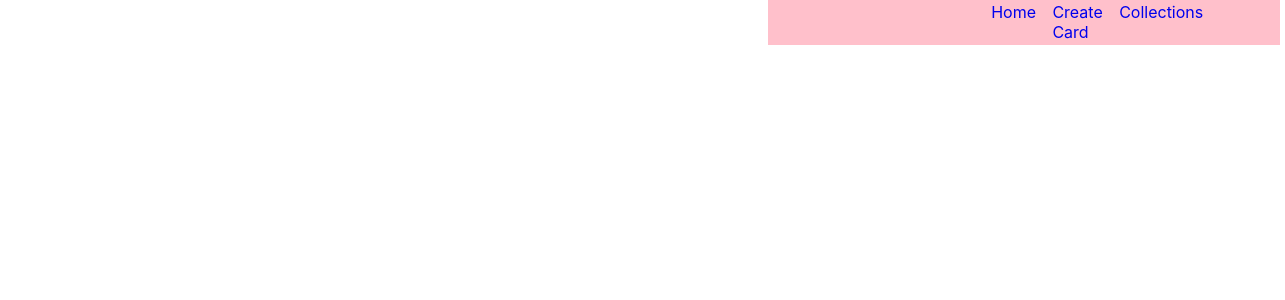
Repository: MikeTroianello/phos-react
Page: /
These files come from the project's save history. The page is drawn as it stood at one moment and after the next save; the edit follows.
The browser window is 1280 px wide. The page is 1280 px wide, then 1285 px, so the pictures cover 1285 px, including what lies to the right of the window. The pictures show the whole page.
The project was rebuilt for these pictures with package versions that can differ from the ones it lists, and the page was loaded fresh each time. A package was used in the major version that the imports need, not the one package.json lists. Also part of the build but not shown: src/App.css, src/components/card/Card.js.

Above is the page before, as saved 2020-06-02 16:34:05.

### src/App.js
import React from 'react';
import logo from './logo.svg';
import './App.css';
import Card from './components/card/Card';
import Main from './components/main/Main.js';

function App() {
  return <Main />;
}

export default App;

### src/components/main/Main.js
import React from 'react';
import Navbar from '../navbar/Navbar';
import { Route, Switch } from 'react-router-dom';
import Card from '../card/Card';

const Main = () => {
  return (
    <div>
      <Navbar />
      <Switch>
        <Route exact path='/card' render={(props) => <Card {...props} />} />
      </Switch>
    </div>
  );
};

export default Main;

### src/components/card/card.css
.homepage-top {
  display: flex;
  justify-content: space-evenly;
  flex-wrap: wrap;
  height: 82vh;
}

@media (min-width: 427px) and (max-width: 976px) {
  .homepage-top {
    height: 150vh;
    background-position: 0% 22%;
  }
}

/* @media (max-width: 427px) {
  .homepage-top {
    height: 1200px;
    background-position: 0% 22%;
  }
} */

.homepage-greet {
  margin-top: 6vh;
}

.homepage-greet h1 {
  font-size: 6em;
}

.homepage-greet p {
  font-size: 2em;
}

.homepage-separation {
  height: 1vh;
  width: auto;
  background-color: rgba(148, 151, 168, 0.9);
  margin-top: -1vh;
}

.homepage-sad {
  margin: 5vw;
  /* margin-left: 5vw; */
}

.homepage-sad h2 {
  font-size: 5em;
  text-align: center;
}

.homepage-sad h4 {
  font-size: 2.5em;
  text-align: center;
  margin: 10vw;
}

.homepage-sad p {
  font-size: 1.75em;
  text-align: center;
}

.homepage-sunlog {
  display: flex;
  justify-content: space-between;
  flex-wrap: wrap;
}

.sunlog-description {
  margin-left: 5vw;
  text-align: center;
  max-width: 700px;
}

.sunlog-description h2 {
  font-size: 3em;
}

.sunlog-description p {
  font-size: 1.3em;
  margin: 7vh 0;
}

.sunlog-example {
  display: flex;
  flex-direction: column;
  /* max-width: 98%; */
  padding: 1%;
}

.sunlog-example h4 {
  text-align: center;
  margin: 0 0 2vh 0;
}

.sunlog-create {
  margin: 10vh 0;
}

.footer {
  /* position: absolute; */
  /* bottom: 0;
  width: 100%; */
  border-top: 1px solid black;
  display: flex;
  justify-content: space-evenly;
  background-color: rgb(119, 159, 219);
  overflow: auto;
}

.footer-button {
  margin: 3vh 0;
  height: 50%;
  width: 122px;
  font-size: 1em;
  background-color: rgb(224, 242, 243);
}

.footer-button:hover {
  transition: 0.25s;
  background-color: rgb(183, 207, 218);
}

/* .footer-contact {
  text-align: center;
} */

/* FOR THE FOOTER LOGO */

.footer-logo {
  display: flex;
  align-items: center;
  /* color: white; */
  padding: 1px 6px 0;
  font-weight: bold;
  border-style: solid;
  /* border-color: White; */
  width: 40px;
  /* border-width: 2px; */
  margin: 30px 0;
}

.mt-logo {
  margin: 3px 0;
  text-align: center;
}

/* EVERYTHING BELOW HERE IS FOR THE CARD FLIP ANIMATION AND POSSIBLY A VIDEO PLAYER */

.signup-login-container {
  margin: 5vh 0 0 0;
  display: flex;
  flex-direction: column;
  max-width: 425px;
  align-items: center;

  /* color: green; */
}

.create-button {
  width: 90%;
  height: 50px;
  border-radius: 1ch;
  font-size: 1.8em;
  margin: 15vh 0 0 0;
  /* background-color: rgba(93, 87, 87, 0.7); */
  background-color: rgba(180, 194, 60, 0.75);
}

@media (min-height: 760px) {
  .create-button {
    margin: 18vh 0 0 0;
  }
}

@media (min-width: 450px) and(max-width: 580px) {
  .homepage-greet h1 {
    font-size: 5em;
  }
  .homepage-greet p {
    text-align: center;
  }
}

@media (max-width: 450px) {
  .homepage-greet h1 {
    font-size: 4em;
  }

  .homepage-greet p {
    text-align: center;
  }
}

.create-button:hover {
  transition: 0.3s;
  background-color: rgba(93, 87, 87, 0.8);
}

.container {
  width: 420px;
  height: 345px;
  position: relative;
  -webkit-perspective: 1000px;
  -moz-perspective: 1000px;
  -o-perspective: 1000px;
  perspective: 1000px;
}
.card {
  width: 100%;
  height: 100%;
  position: absolute;

  -webkit-transition: -webkit-transform 1s;
  -moz-transition: -moz-transform 1s;
  -o-transition: -o-transform 1s;
  transition: transform 1s;
  -webkit-transform-style: preserve-3d;
  -moz-transform-style: preserve-3d;
  -o-transform-style: preserve-3d;
  transform-style: preserve-3d;
  -webkit-transform-origin: 50% 50%;
}

.card-div {
  display: block;
  height: 100%;
  width: 100%;
  /*     line-height: 260px; */
  /*     color: white; */
  text-align: center;
  font-weight: bold;
  /*     font-size: 140px; */
  position: absolute;
  -webkit-backface-visibility: hidden;
  -moz-backface-visibility: hidden;
  -o-backface-visibility: hidden;
  backface-visibility: hidden;
}
.card .front {
  /* background: red; */
  /* background-color: rgba(255, 255, 255, 0.2); */
}
.card .back {
  /* background: blue; */
  /* background-color: rgba(255, 255, 255, 0.2); */
  -webkit-transform: rotateY(180deg);
  -moz-transform: rotateY(180deg);
  -o-transform: rotateY(180deg);
  transform: rotateY(180deg);
}
.card.flipped {
  -webkit-transform: rotateY(180deg);
  -moz-transform: rotateY(180deg);
  -o-transform: rotateY(180deg);
  transform: rotateY(180deg);
}

/* FOR THE VIDEO */

#myVideo {
  position: fixed;
  right: 0;
  bottom: 0;
  min-width: 100%;
  min-height: 100%;
}

/* Add some content at the bottom of the video/page */
.content {
  position: fixed;
  bottom: 0;
  background: rgba(0, 0, 0, 0.5);
  color: #f1f1f1;
  width: 100%;
  padding: 20px;
}

/* Style the button used to pause/play the video */
#myBtn {
  width: 200px;
  font-size: 18px;
  padding: 10px;
  border: none;
  background: #000;
  color: #fff;
  cursor: pointer;
}

#myBtn:hover {
  background: #ddd;
  color: black;
}

@media (max-width: 426px) {
  .container {
    max-width: 315px;
    perspective: 0px;
  }

  .create-button {
    margin: 3vh 0 0 0;
  }

  .signup-login-container {
    margin: 0;
  }

  .homepage-top {
    height: 136vh;
  }

  .create-button {
    width: 100%;
    height: auto;
  }

  .signup {
    height: 340px;
  }
}

@media (max-width: 375px) {
  .homepage-sad {
    margin: 0;
    text-align: center;
  }

  .sunlog-description {
    margin: 0;
  }
}

@media (max-width: 470px) {
  .footer-button {
    display: none;
  }

  .footer-contact {
    font-size: 0.8em;
    text-align: start;
    margin-top: 17px;
  }

  .footer-contact p {
    margin: 7px 0 0;
  }

  .footer-logo {
  }
}

/* NAVBAR */

.navbar {
  display: flex;
  justify-content: space-between;
  align-items: center;
  border-bottom: 1px solid black;
  height: 10vh;
  position: fixed;
  width: 100%;
  top: 0;
  background-color: rgb(142, 194, 234);
  /* background-color: rgb(180, 214, 241) */
  z-index: 1;
  /* overflow: hidden; */
}

.nav-links {
  display: flex;
  justify-content: space-around;
  width: 50%;
}

@media (min-width: 730px) and (max-width: 850px) {
  .nav-links {
    width: 60%;
  }
}
@media (min-width: 427px) and (max-width: 730px) {
  .nav-links {
    width: 80%;
    font-size: 0.75em;
  }

  .logged-in-user {
    font-size: 0.75em;
  }
}

@media (max-width: 426px) {
  .nav-links {
    width: 100%;
    font-size: 0.75em;
  }

  .logged-in-user {
    display: none;
  }
}

.logged-in-user {
  margin: 0 0 0 2vw;
}

.nav-links a {
  color: black;
  text-decoration: none;
  font-size: 1.5em;
}

.nav-links a:hover {
  transition: 0.2s;
  color: rgb(1, 24, 128);
  /* text-decoration: underline; */
}

.chosen {
  color: rgb(30, 4, 95);
  text-decoration: underline;
}

.App {
  text-align: center;
  margin-top: 10vh;
}

.App-header {
  background-color: #282c34;
  min-height: 100vh;
  display: flex;
  flex-direction: column;
  align-items: center;
  justify-content: center;
  font-size: calc(10px + 2vmin);
  color: white;
}

.App-link {
  color: #09d3ac;
}

h1 {
  text-align: center;
}

i {
  text-align: center;
}

a {
  text-decoration: none;
}

.top-push {
  margin-top: 12.25vh;
}

/* CREATE LOGS */

.log-head {
  /* display: flex; */
  border-bottom: 1px solid black;
}

.log-head > span {
  justify-content: space-between;
  margin: -21px 0px 0px;
}

.name-and-gender {
  display: flex;
  justify-content: space-around;
  align-items: center;
  /* border: 1px solid black; */
  /* justify-content: space-evenly; */
}

.name-and-gender > div {
  width: 30%;
}

.name-box {
  min-width: 45%;
  text-align: center;
}

@media (max-width: 375px) {
  .name-box {
    font-size: 0.75em;
  }
}

.weather-box {
  text-align: center;
  margin-top: -3.5%;
  /* max-width: 45%; */
  /* border-bottom: 1px solid black; */
  /* border-left: 1px solid black; */
  /* border-radius: 2%; */
}

.weather-box > p {
  /* max-width: 45%; */

  font-size: 0.75em;
  margin-top: 7px;
  margin-bottom: 2px;
}

.weather-icon {
  margin: -43px 0px -36px;
  /* margin: -41px 15px -36px; */
  /* border: 1px solid black; */
  /* FOR MOBILE margin:-6.7vh 4.98vw */
}

.gradient {
  background: rgb(2, 10, 46);
  background: linear-gradient(
    90deg,
    rgba(2, 10, 46, 1) 0%,
    rgba(12, 35, 135, 1) 30%,
    rgba(87, 139, 53, 1) 59%,
    rgba(255, 195, 66, 1) 100%
  );
}

.red {
  color: red;
  text-align: center;
}
.false {
  color: red;
  text-align: center;
}

.green {
  color: rgb(16, 116, 16);
  text-align: center;
}

.black {
  color: black;
  text-align: center;
}

/* VIEW ALL LOGS PAGE */

.view-header {
  display: flex;
  flex-wrap: wrap;
  justify-content: space-evenly;
  /* border-bottom: 1px dotted black; */
}

.view-header > div > h1 {
  margin: 0px 0 4vh 0;
}

.create-log-link {
  text-align: center;
}

.log-box {
  display: flex;
  flex-wrap: wrap;
  justify-content: space-evenly;
}

.log {
  border: 1px solid black;
  margin: 5vh 1.4vw;
  padding: 0 1vw;
  border-radius: 10px;
  width: 550px;
  box-shadow: 2px 2px #9398a2;
  background-color: #baccf1;
  /* min-width: 420px; */
}

.mock-log {
  border: 1px solid black;
  margin: 5vh 1.4vw;
  padding: 0 1vw;
  border-radius: 10px;
  max-width: 550px;
  box-shadow: 2px 2px #9398a2;
  background-color: #baccf1;
}

.log h2 {
  text-align: center;
}

.weather-audit {
  border: 1px solid black;
  margin: 1vh;
  padding: 0 1vw;
  max-width: 500px;
}

.header {
  display: flex;
  justify-content: space-between;
  border-bottom: 1px dashed black;
  text-align: center;
}

.header > span {
  font-size: 16px;
  width: 25%;
  font-weight: bold;
  text-align: center;
}

.weather-average-header {
  display: flex;
  justify-content: space-between;
  text-align: center;
}

.weather-average-header span {
  width: 22%;
  text-align: center;
}

.filter-box {
  display: flex;
  flex-wrap: wrap;
  justify-content: space-around;
  align-items: center;
  border-top: 1px dotted black;
}

.gender-filter {
  text-align: center;
}

.gender-filter button {
  background-color: rgb(233, 30, 99);
  border-radius: 50%;
  height: 50px;
  width: 100px;
  font-size: 1em;
}

.gender-filter button:hover {
  transition: 0.2s;
  background-color: rgb(240, 97, 130);
}

.view-default-logs {
  background-color: rgba(234, 60, 100, 1);
  height: 50px;
  font-size: 1em;
  font-weight: bold;
  border-radius: 3ch;
  margin-top: 1vh;
}

.view-default-logs:hover {
  transition: 0.2s;
  background-color: rgb(240, 97, 130);
}

.gender {
  margin-left: 2vw;
  /* text-align: end; */
}

.mood-and-productivity {
  display: flex;
  justify-content: space-evenly;
  text-align: center;
}

.mood-and-productivity > h3 {
  width: 40%;
  /* display: flex;
  justify-content: space-between; */
  border: 1px solid black;
}

.mood-and-productivity > h3 > p {
  color: red;
}

/* SIGNUP */
.signup {
  border: 2px solid black;
  overflow: hidden;
  background-color: rgba(250, 250, 250, 0.55);
  border-radius: 17px;
  display: flex;
  flex-direction: column;
  /* justify-content: flex-end; */
  min-height: 300px;
  height: 333px;
  max-width: 400px;
  margin: 2vw 0;
  padding: 2vh 1vw 0;
}

@media (min-height: 760px) {
  .signup {
    height: 365px;
  }
}

/* .signup > form {
  min-height: 280px;
} */

.signup-button {
  display: flex;
  /* align-items: flex-end; */
  justify-content: center;
}

.signup-button > button {
  margin-top: 1vh;
  font-size: 2em;
  height: 50px;
  width: 60%;
  border-radius: 1ch;
  margin-bottom: 2vh;
  background-color: rgba(114, 185, 240, 0.75);
}

.signup-button > button:hover {
  transition: 0.3s;
  background-color: rgba(114, 185, 240, 0.9);
}

.login-button {
  display: flex;
  /* align-items: flex-end; */
  justify-content: center;
}

.login-button > button {
  margin-top: 6vh;
  font-size: 2em;
  height: 50px;
  width: 60%;
  border-radius: 1ch;
  margin-bottom: 3vh;
  background-color: rgba(114, 185, 240, 0.75);
}

.login-button > button:hover {
  transition: 0.3s;
  background-color: rgba(114, 185, 240, 0.9);
}

.signup-header {
  text-align: center;
  font-size: 1.66em;
  margin-bottom: 2vh;
}

.form-piece {
  display: flex;
  justify-content: space-between;
  margin: 2vh 0;
}

.login-form-piece {
  font-size: 1.5em;
  margin: 20px 0;
}

.signup-message {
  /* margin: 5vh 0; */
  color: red;
  text-align: center;
}

/* THIS IS YOUR PROFILE PAGE */

.profile-header {
  display: flex;
}

.profile-date > span {
  font-size: 1.25em;
}

.cog {
  justify-content: end;
}

.profile-log-head {
  display: flex;
  justify-content: space-around;
}

@media (max-width: 345px) {
  .log h2 {
    font-size: 1em;
  }
}

.profile-mood-box {
  display: flex;
  /* flex-direction: column; */
  justify-content: space-evenly;
  align-items: center;
  flex-wrap: wrap;
}

.no-log-created {
  font-size: 3em;
  text-align: center;
  margin-top: 15vh;
}

.sort-by-age-box {
  display: flex;
  justify-content: center;
}

.sort-by-age {
  height: 50px;
  width: 45%;
  border-radius: 10px;
  font-size: 1.2em;
  background: rgba(69, 140, 216, 0.6);
  margin: 5% 0 0 0;
}

.sort-by-age:hover {
  transition: 0.25s;
  background: rgba(69, 140, 216, 0.9);
}

@media (max-width: 800px) {
  .sort-by-age {
    width: 75%;
  }
}

.weather-box-profile {
  margin-top: -0.5%;
}

@media (max-width: 425px) {
  .view-profile-overall-happiness {
    text-align: center;
  }
}

/* CREATE A LOG */

.create-log-page {
  display: flex;
  justify-content: center;
}

.create-log {
  border: 1px solid black;
  border-radius: 5px;
  margin: 1% 1% 0;
  text-align: center;
  max-width: 450px;
  height: 550px;
}

.create-log-button {
  width: 90%;
  height: 50px;
  border-radius: 1ch;
  font-size: 1.8em;
  margin: 0 0 2vh 0;
  /* background-color: rgba(93, 87, 87, 0.7); */
  background-color: rgba(180, 194, 60, 0.75);
}

.one-through-five-box {
  color: blue;
  font-weight: 100;
}

.one-through-five {
  display: flex;
  justify-content: space-around;
}

.one-through-five > span {
  margin: 12px 0;
  padding: 6px 11px;
  border: 2px solid blue;
  border-radius: 50%;
}

.one-through-five > button {
  margin: 12px 0;
  padding: 6px 11px;
  border: 2px solid blue;
  border-radius: 50%;
}

.one-through-five > #mood {
  color: rgb(15, 120, 218);
  margin: 12px 0;
  padding: 6px 6px;
  border: 2px solid blue;
  border-radius: 50%;
}

.one-through-five > #mood:hover {
  transition: 0.2s;
  background-color: rgba(250, 148, 148, 0.8);
}
.one-through-five > span:hover {
  transition: 0.2s;
  background-color: lightblue;
}

.one-through-five > span:focus {
  background-color: lightcoral;
}

.one-through-five > button:hover {
  transition: 0.2s;
  background-color: lightblue;
}

.one-through-five > button:focus {
  background-color: lightcoral;
}

#mood:target {
  background-color: black;
}

:target {
  background-color: black;
}

/* SETTINGS PAGE */

.settings-top {
  display: flex;
  flex-direction: column;
  justify-content: center;
  align-items: center;
  text-align: center;
}

.settings {
  /* border-left: 1px solid black;
  border-right: 1px solid black; */
  width: 54%;
  border-left: 3px solid black;
  border-right: 3px solid black;
  border-bottom: 2px solid black;
  margin-bottom: 3vh;
  padding: 1%;
  background: #a9c3e0;
}

@media (max-width: 700px) {
  .settings {
    width: 93%;
  }
}

.settings-change-preferences {
  border-top: 2px solid black;
  border-bottom: 2px solid black;
  padding-bottom: 2vh;
  margin-top: 2vh;
}

.settings-change-preferences-button {
  height: 30px;
  width: 27%;
  min-width: 120px;
  border-radius: 10px;
  font-size: 0.85em;
  background: rgba(224, 166, 166, 0.7);
}

.settings-change-preferences-button:hover {
  transition: 0.25s;
  background: rgba(235, 160, 160, 0.95);
}

.settings-change-info {
  display: flex;
  flex-direction: column;
  align-items: center;
  border-bottom: 2px solid black;
  padding-bottom: 2vh;
}

.change-account-sub-box {
  display: flex;
  justify-content: space-between;
  width: 275px;
}

.settings-change-password {
  border-top: 2px solid black;
  margin-top: 2vh;
}

.change-password-super-box {
  display: flex;
  justify-content: center;
}

.change-password-box {
  display: flex;
  flex-direction: column;
  justify-content: center;
  width: 275px;
}

.change-password-sub-box {
  display: flex;
  justify-content: space-between;
}

.settings-change-button {
  color: white;
  font-size: 1em;
  height: 35px;
  width: 30%;
  margin: 6vh 0 3vh;
  border-radius: 1ch;
  background-color: rgba(36, 100, 184, 0.8);
  align-self: center;
}

.settings-change-button:hover {
  transition: 0.2s;
  background-color: rgba(19, 71, 139, 0.8);
}

.delete {
  background-color: rgba(255, 0, 0, 0.75);
  /* box-shadow: 1px 1px rgb(16, 15, 15); */
  font-size: 1.5em;
  height: 52px;
  width: 200px;
  margin: 3%;
  border-radius: 2ch;
  border: 2px solid black;
}

.delete:hover {
  transition: 0.3s;
  background-color: rgba(255, 0, 0, 0.9);
}

.confirmDelete {
  margin: 3vh 0 0 0;
}

/* MOBILE */

@media (min-width: 425px) and (max-width: 770px) {
  .header-productivity {
    width: 27% !important;
  }
}

@media (max-width: 420px) {
  .filter-box > div {
    width: 100%;
    margin: 2vh 0;
    text-align: center;
  }

  .weather-box > p {
    margin-left: 9px;
  }

  .logged-in-user {
    margin: 0 0 0 2vw;
    font-size: 0.7em;
  }

  .create-button {
    width: 90%;
    margin: 8% 5% 2%;
  }

  .header-productivity {
    width: 31% !important;
  }
}

@media (min-width: 370px) and (max-width: 419px) {
  .header-productivity {
    width: 31% !important;
  }
}

@media (max-width: 1500px) {
  .settings-change-button {
    width: 250px;
    /* width: 85%; */
  }
}

### src/components/navbar/Navbar.js
import React from 'react';
import { Link } from 'react-router-dom';

import './navbar.css';

const Navbar = () => {
  return (
    <div>
      <div>
        <Link className='link' to='/'>
          Home
        </Link>
        <Link className='link' to='/create'>
          Create Card
        </Link>
        <Link className='link' to='/collections'>
          Collections
        </Link>
      </div>
    </div>
  );
};

export default Navbar;

### src/components/navbar/navbar.css
div {
  display: flex;
  flex-direction: row;
  justify-content: flex-end;
}

div > div {
  width: 40%;

  justify-content: space-around;
  background-color: pink;
}

.link {
  margin: 3% 10%;
  width: 100%;
}

Loaded but not shown: public/index.html (common file); src/index.js (common file); src/index.css (common file); src/serviceWorker.js (common file)

After the next save:
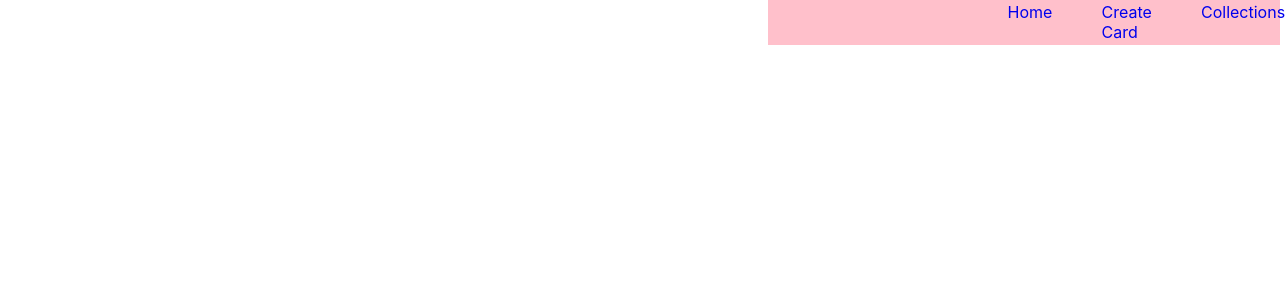
Saved 27 s later.
--- a/src/components/navbar/navbar.css
+++ b/src/components/navbar/navbar.css
@@ -12,6 +12,6 @@ div > div {
 }
 
 .link {
-  margin: 3% 10%;
+  margin: 3% 30%;
   width: 100%;
 }
